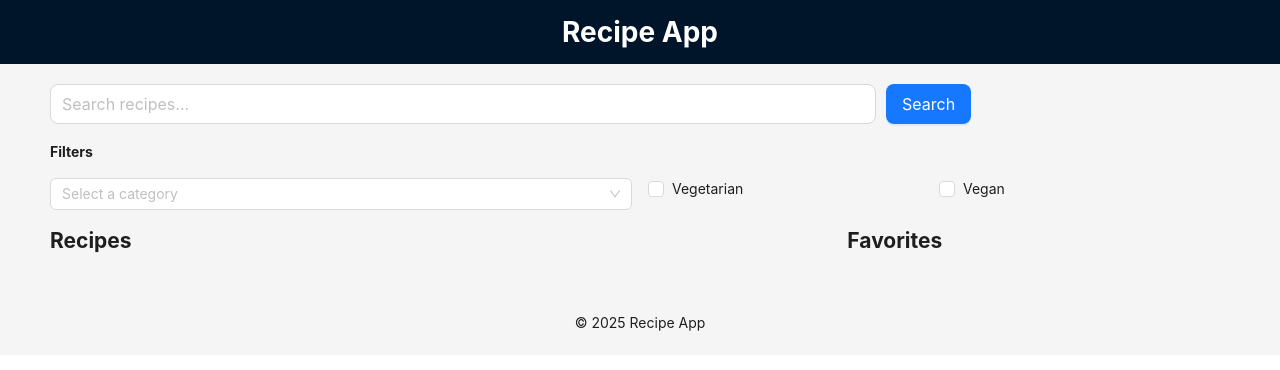
Repository: LearnTek-In-Private-Limited/recipie-era-premier
Page: /
The author's editor kept a copy of each file at every save. The page is drawn from the files as they stood at one save, then again after the next save.
The browser window is 1280 px wide. The pictures show the whole page.
The project was rebuilt for these pictures with package versions that can differ from the ones it lists, and the page was loaded fresh each time.

Above is the page before, as saved 2025-01-25 17:03:40.

### src/App.js
import React from 'react';
import { Provider } from 'react-redux';
import store from './redux/store';
import RecipeList from './components/RecipeList';
import SearchBar from './components/SearchBar';
import FavoritesList from './components/FavoritesList';
import FilterOptions from './components/FilterOptions';
import { Layout, Row, Col } from 'antd';

const { Header, Content, Footer } = Layout;

function App() {
  return (
    <Provider store={store}>
      <Layout>
        <Header style={{ backgroundColor: '#001529', color: 'white', textAlign: 'center' }}>
          <h1 style={{ color: 'white', margin: 0 }}>Recipe App</h1>
        </Header>
        <Content style={{ padding: '20px 50px' }}>
          <Row gutter={[16, 16]}>
            {/* Filters and Search Bar */}
            <Col span={24}>
              <SearchBar />
              <FilterOptions />
            </Col>
          </Row>

          <Row gutter={[16, 16]}>
            {/* Recipe List */}
            <Col xs={24} sm={16}>
              <RecipeList />
            </Col>

            {/* Favorites List */}
            <Col xs={24} sm={8}>
              <FavoritesList />
            </Col>
          </Row>
        </Content>
        <Footer style={{ textAlign: 'center' }}>© 2025 Recipe App</Footer>
      </Layout>
    </Provider>
  );
}

export default App;

### src/redux/store.js
import { createStore, combineReducers, applyMiddleware } from 'redux';
import { thunk } from 'redux-thunk'; // Use named import for thunk
// Ensure redux-thunk is installed and correctly imported
import recipeReducer from './reducers/recipeReducer';
import favoriteReducer from './reducers/favoriteReducer';

const rootReducer = combineReducers({
  recipes: recipeReducer,
  favorites: favoriteReducer,
});

const store = createStore(rootReducer, applyMiddleware(thunk));

export default store;

### src/components/RecipeList.js
import React from 'react';
import { useSelector, useDispatch } from 'react-redux';
import { addFavorite } from '../redux/actions/favoriteActions';

const RecipeList = () => {
  const recipes = useSelector((state) => state.recipes.recipes);
  const dispatch = useDispatch();

  return (
    <div>
      <h2>Recipes</h2>
      <div className="recipe-grid">
        {recipes.map((item, index) => (
          <div key={index} className="recipe-card">
            <img src={item.recipe.image} alt={item.recipe.label} />
            <h3>{item.recipe.label}</h3>
            <button onClick={() => dispatch(addFavorite(item.recipe))}>
              Add to Favorites
            </button>
          </div>
        ))}
      </div>
    </div>
  );
};

export default RecipeList;

### src/components/SearchBar.js
import React, { useState } from 'react';
import { Input, Button } from 'antd';
import { useDispatch } from 'react-redux';
import { fetchRecipes } from '../redux/actions/recipeActions';

const SearchBar = () => {
  const [query, setQuery] = useState('');
  const dispatch = useDispatch();

  const handleSearch = () => {
    dispatch(fetchRecipes(query));
  };

  return (
    <div className="mb-4">
      <Input
        placeholder="Search recipes..."
        value={query}
        onChange={(e) => setQuery(e.target.value)}
        size="large"
        style={{ marginRight: '10px', width: '70%' }}
      />
      <Button type="primary" size="large" onClick={handleSearch}>
        Search
      </Button>
    </div>
  );
};

export default SearchBar;

### src/components/FavoritesList.js
import React from 'react';
import { useSelector, useDispatch } from 'react-redux';
import { removeFavorite } from '../redux/actions/favoriteActions';

const FavoritesList = () => {
  const favorites = useSelector((state) => state.favorites);
  const dispatch = useDispatch();

  return (
    <div>
      <h2>Favorites</h2>
      <div className="favorites-grid">
        {favorites.map((recipe, index) => (
          <div key={index} className="recipe-card">
            <img src={recipe.image} alt={recipe.label} />
            <h3>{recipe.label}</h3>
            <button onClick={() => dispatch(removeFavorite(recipe.id))}>
              Remove
            </button>
          </div>
        ))}
      </div>
    </div>
  );
};

export default FavoritesList;

### src/components/FilterOptions.js
import React from 'react';
import { Select, Checkbox, Row, Col } from 'antd';
import { useDispatch } from 'react-redux';
import { fetchRecipes } from '../redux/actions/recipeActions';

const { Option } = Select;

const FilterOptions = () => {
  const dispatch = useDispatch();

  const handleCategoryChange = (value) => {
    dispatch(fetchRecipes(value));
  };

  const handleDietaryChange = (checkedValues) => {
    const query = checkedValues.join(',');
    dispatch(fetchRecipes(query));
  };

  return (
    <div className="mb-4">
      <h4>Filters</h4>
      <Row gutter={16}>
        <Col md={12}>
          <Select
            style={{ width: '100%' }}
            placeholder="Select a category"
            onChange={handleCategoryChange}
          >
            <Option value="breakfast">Breakfast</Option>
            <Option value="lunch">Lunch</Option>
            <Option value="dinner">Dinner</Option>
          </Select>
        </Col>
        <Col md={12}>
          <Checkbox.Group style={{ width: '100%' }} onChange={handleDietaryChange}>
            <Row>
              <Col span={12}>
                <Checkbox value="vegetarian">Vegetarian</Checkbox>
              </Col>
              <Col span={12}>
                <Checkbox value="vegan">Vegan</Checkbox>
              </Col>
            </Row>
          </Checkbox.Group>
        </Col>
      </Row>
    </div>
  );
};

export default FilterOptions;

### src/redux/reducers/recipeReducer.js
const initialState = {
    recipes: [],
    loading: false,
    error: null,
  };

  const recipeReducer = (state = initialState, action) => {
    switch (action.type) {
      case 'FETCH_RECIPES_SUCCESS':
        return { ...state, recipes: action.payload, loading: false };
      case 'FETCH_RECIPES_FAILURE':
        return { ...state, error: action.payload, loading: false };
      default:
        return state;
    }
  };

  export default recipeReducer;

### src/redux/reducers/favoriteReducer.js
const favoriteReducer = (state = [], action) => {
    switch (action.type) {
      case 'ADD_FAVORITE':
        return [...state, action.payload];
      case 'REMOVE_FAVORITE':
        return state.filter((recipe) => recipe.id !== action.payload);
      default:
        return state;
    }
  };

  export default favoriteReducer;

### src/redux/actions/favoriteActions.js
export const addFavorite = (recipe) => ({
    type: 'ADD_FAVORITE',
    payload: recipe,
  });

  export const removeFavorite = (recipeId) => ({
    type: 'REMOVE_FAVORITE',
    payload: recipeId,
  });

### src/redux/actions/recipeActions.js
export const fetchRecipes = (query) => async (dispatch) => {
    const API_URL = `https://api.edamam.com/search?q=${query}&app_id=a5de3521&app_key=28f8a20bd893e2740e68d4bbb349b977&from=0&to=50`;

    try {
      const response = await fetch(API_URL);
      const data = await response.json();
      dispatch({ type: 'FETCH_RECIPES_SUCCESS', payload: data.hits });
    } catch (error) {
      console.error(error);
      dispatch({ type: 'FETCH_RECIPES_FAILURE', payload: error });
    }
  };

Loaded but not shown: public/index.html (common file); src/index.js (common file); src/index.css (common file); src/reportWebVitals.js (common file)

After the next save:
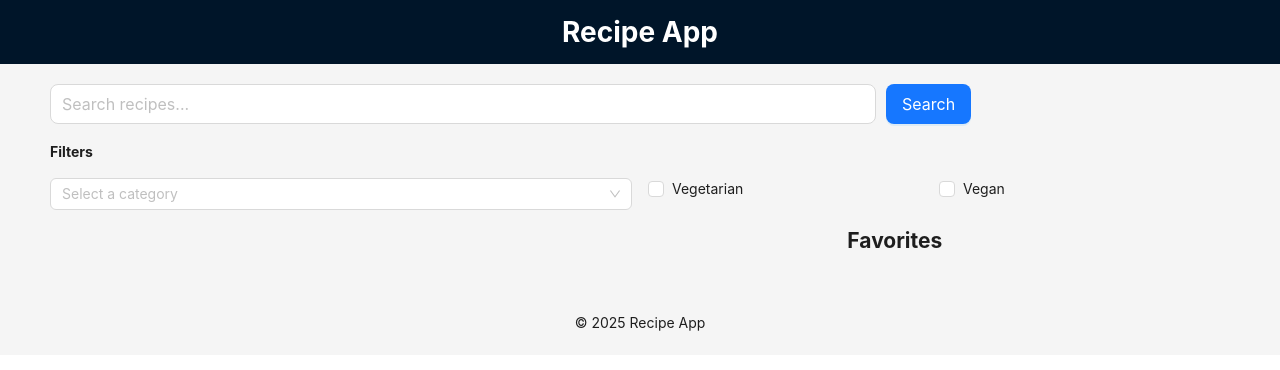
Saved 16 s later.
--- a/src/components/RecipeList.js
+++ b/src/components/RecipeList.js
@@ -1,26 +1,24 @@
 import React from 'react';
-import { useSelector, useDispatch } from 'react-redux';
-import { addFavorite } from '../redux/actions/favoriteActions';
+import { Card, Col, Row } from 'antd';
+import { useSelector } from 'react-redux';
 
 const RecipeList = () => {
   const recipes = useSelector((state) => state.recipes.recipes);
-  const dispatch = useDispatch();
 
   return (
-    <div>
-      <h2>Recipes</h2>
-      <div className="recipe-grid">
-        {recipes.map((item, index) => (
-          <div key={index} className="recipe-card">
-            <img src={item.recipe.image} alt={item.recipe.label} />
-            <h3>{item.recipe.label}</h3>
-            <button onClick={() => dispatch(addFavorite(item.recipe))}>
-              Add to Favorites
-            </button>
-          </div>
-        ))}
-      </div>
-    </div>
+    <Row gutter={[16, 16]}>
+      {recipes.map((recipe, index) => (
+        <Col xs={24} sm={12} md={8} lg={6} key={index}>
+          <Card
+            hoverable
+            cover={<img alt={recipe.recipe.label} src={recipe.recipe.image} />}
+            title={recipe.recipe.label}
+          >
+            <p>{recipe.recipe.cuisineType?.join(', ') || 'No cuisine info'}</p>
+          </Card>
+        </Col>
+      ))}
+    </Row>
   );
 };
 
